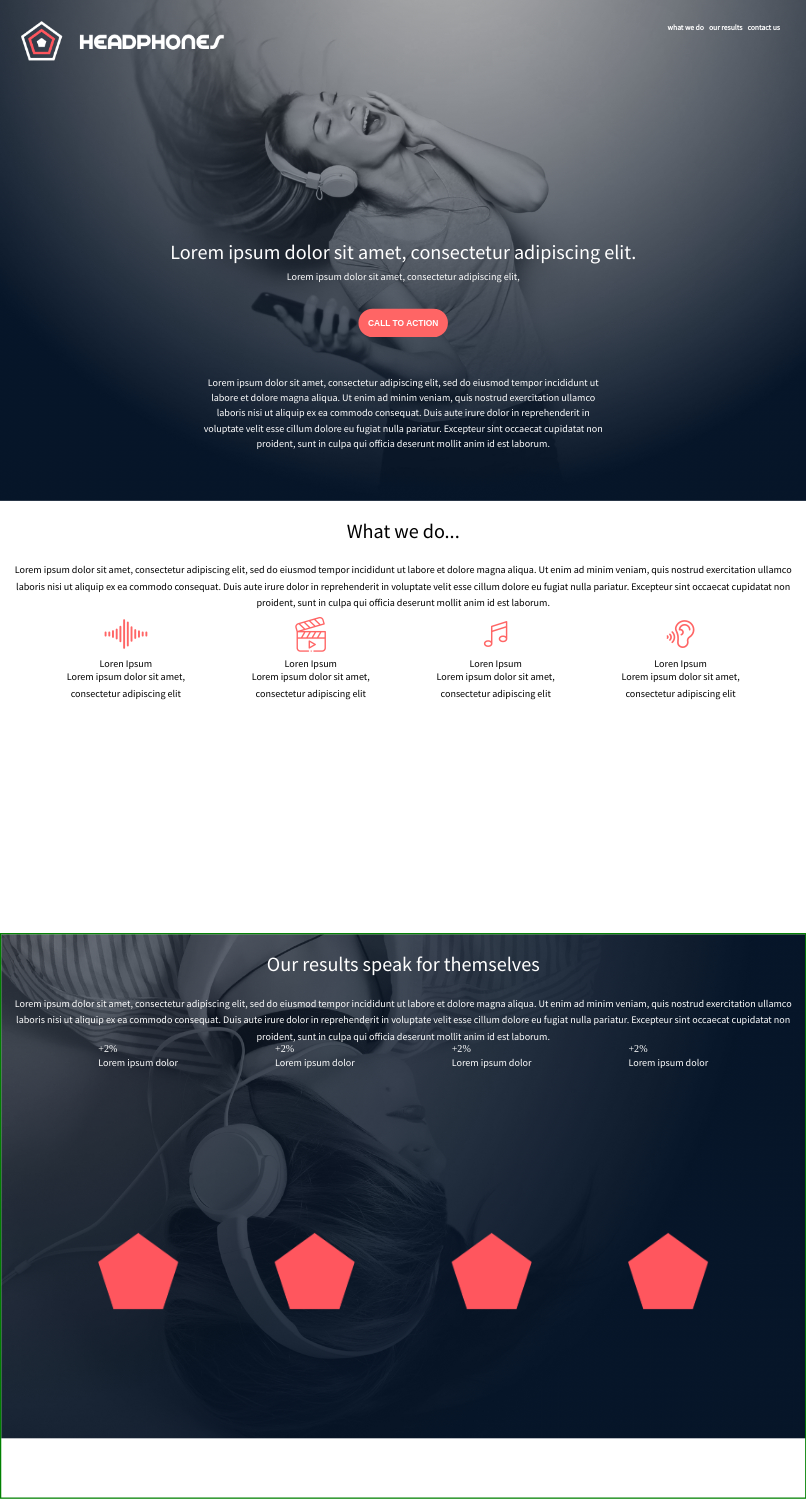
Repository: seleniadelgado/holbertonschool-web_front_end
Page: 0x09-implement_a_design_from_scratch/2-index.html
These files come from the project's save history. The page is drawn as it stood at one moment and after the next save; the edit follows.
The browser window is 1280 px wide. The pictures show the whole page, at 63% of full size.

Above is the page before, as saved 2020-03-23 12:35:15.

After the next save:
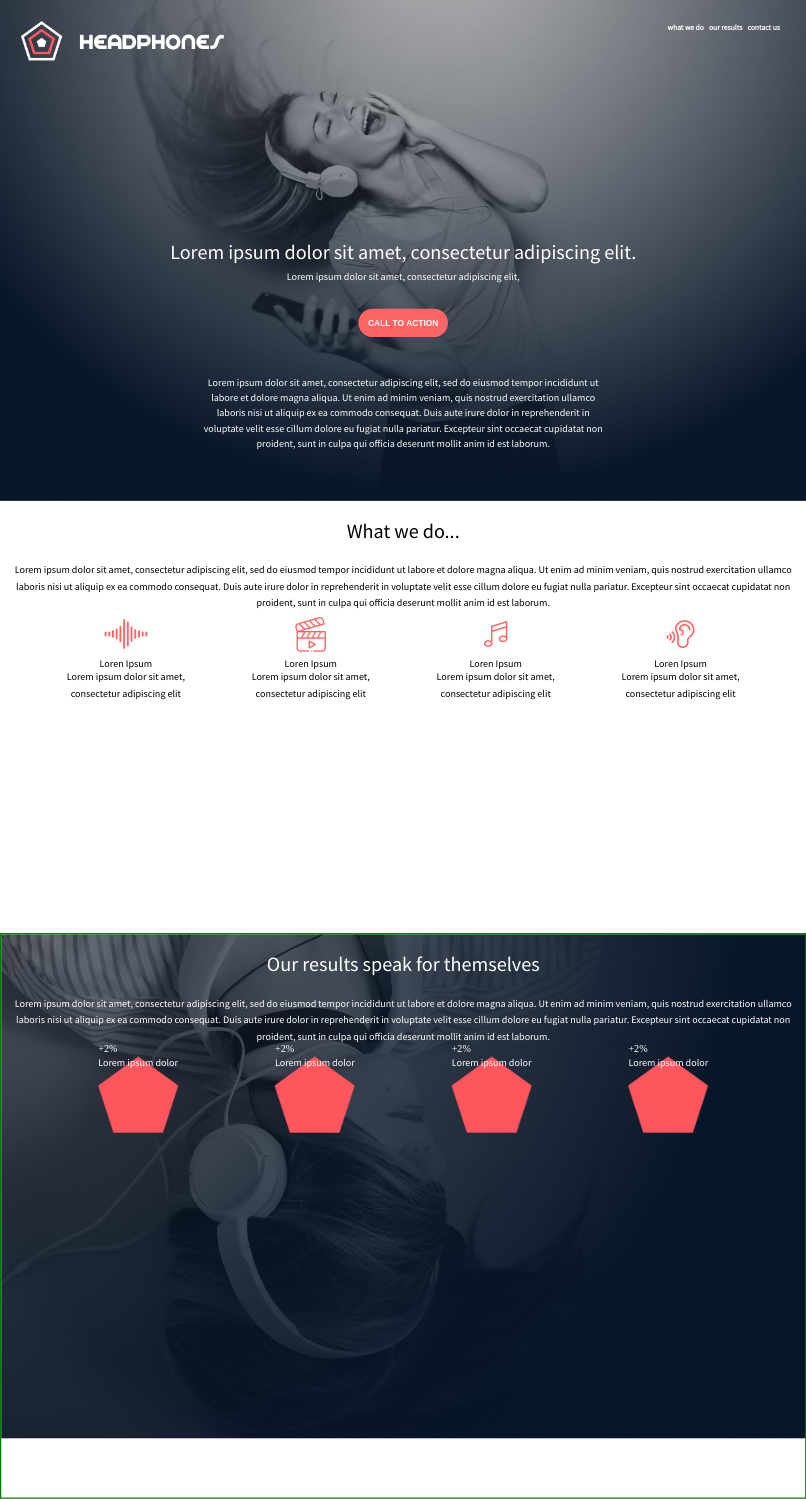
Saved 16 s later.
--- a/0x09-implement_a_design_from_scratch/2-styles.css
+++ b/0x09-implement_a_design_from_scratch/2-styles.css
@@ -331,4 +331,5 @@ a:hover, a:active {
     background-repeat: no-repeat;
     background-size: contain;
     background-position: center;
-}
+    height: 10rem;
+}
